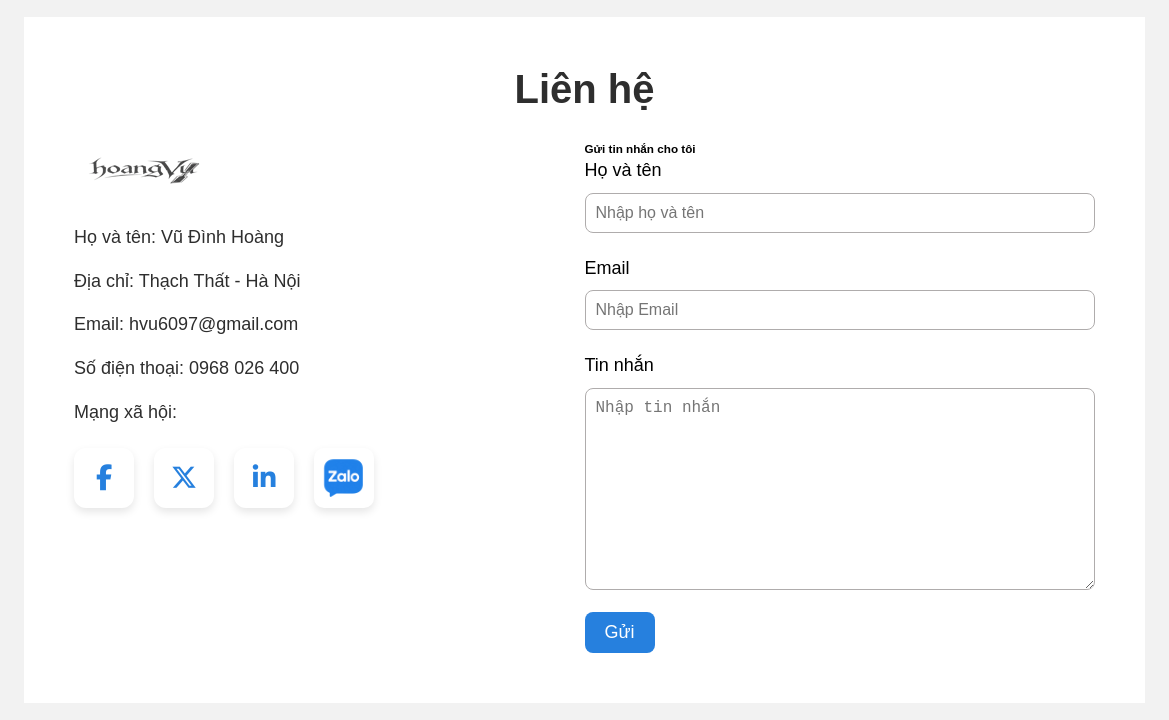
Repository: hoang28092000/portfolio
Page: pages/contact.html
The author's editor kept a copy of each file at every save. The page is drawn from the files as they stood at one save, then again after a run of saves.
The browser window is 1169 px wide. The pictures show the whole page.

Above is the page before, as saved 2025-04-12 01:22:53.

After the next 4 saves:
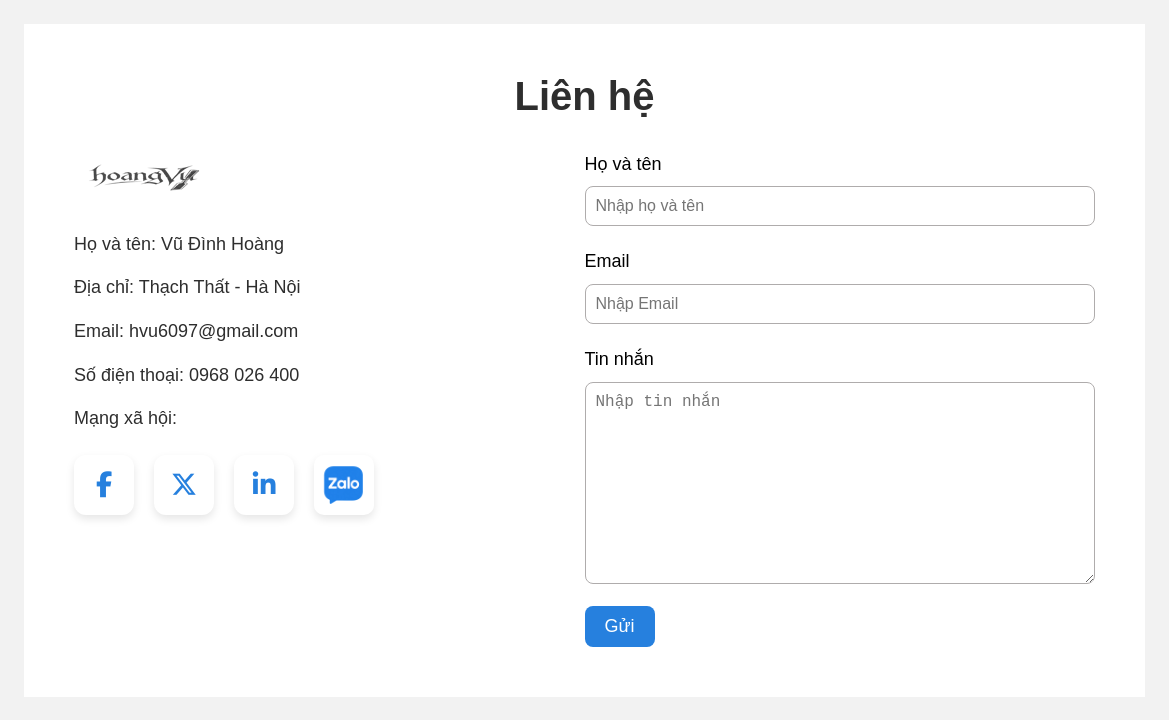
The 4 saves are shown as one change because they came seconds apart.
The last was saved 45 s later.
--- a/css/responsive-pages.css
+++ b/css/responsive-pages.css
@@ -35,6 +35,9 @@
   .about-right .desc-about {
     font-size: 1.8rem;
     margin-bottom: 20px;
+  }
+  .title-contact-form{
+    display: none;
   }
 
   /* contact */
